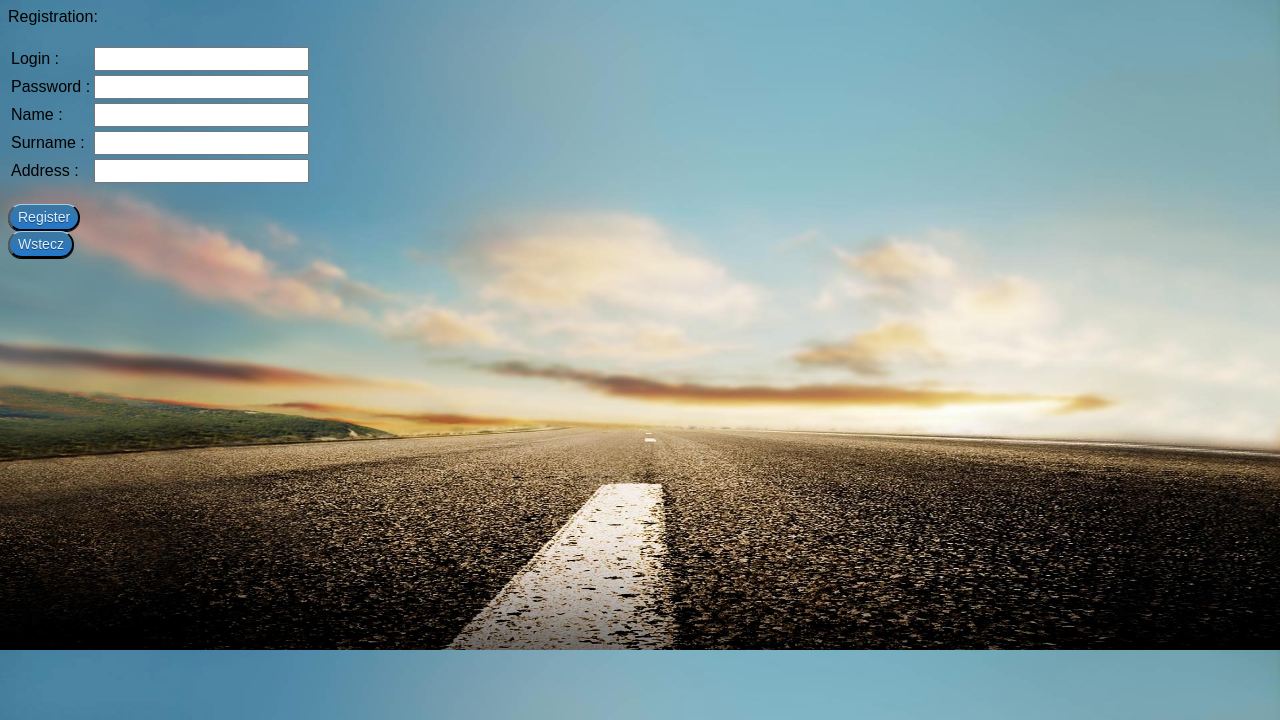
Repository: zlenyk/wrzucak
Page: http://localhost/Shop/registration.html
An editor plug-in stored every save of this project. The page is shown before and after the next save, followed by the edit.
The browser window is 1280 px wide. The pictures show the whole page.
The page is served by Tomcat 9.

Above is the page before, as saved 2013-09-25 12:23:07.

After the next save:
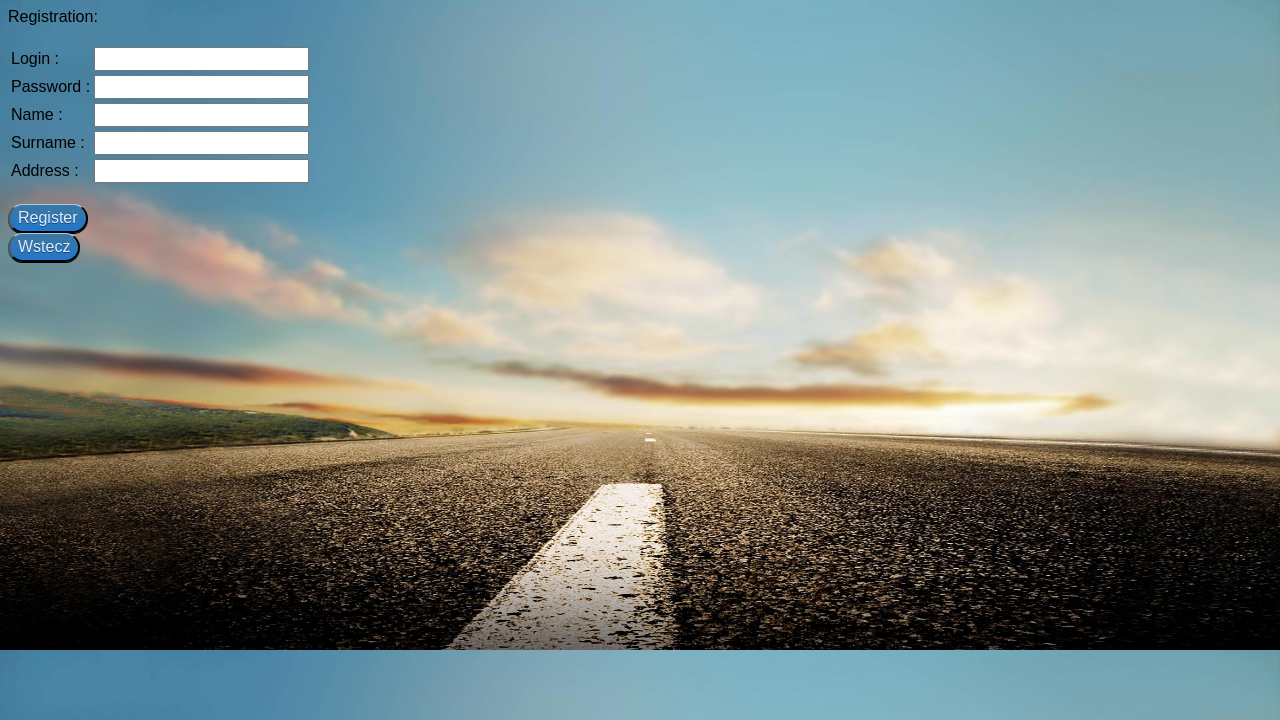
Saved 14 s later.
--- a/Shop/WebContent/style.css
+++ b/Shop/WebContent/style.css
@@ -52,7 +52,7 @@ textarea {
    -moz-box-shadow: rgba(0,0,0,1) 0 1px 0;
    text-shadow: rgba(0,0,0,.4) 0 1px 0;
    color: #def;
-   font-size: 14px;
+   font-size: 16px;
    font-family: sans-serif;
    text-decoration: none;
    vertical-align: middle;
